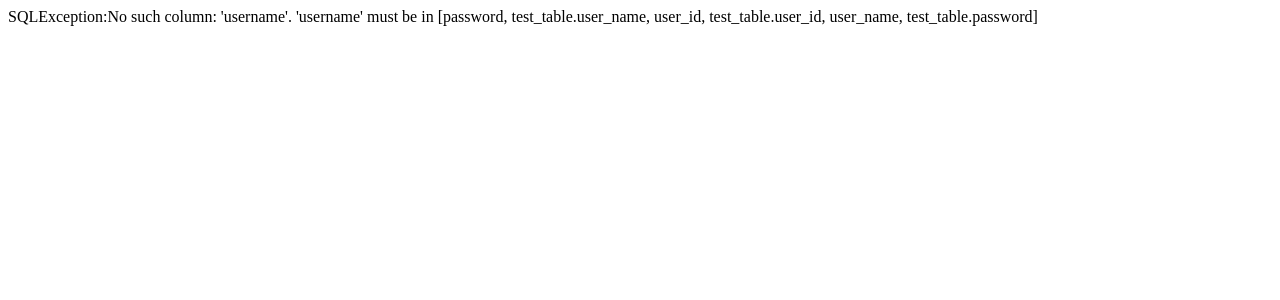
Repository: sasakisou/test
Page: http://localhost/HelloServlet/MySQLServlet
The author's editor kept a copy of each file at every save. The page is drawn from the files as they stood at one save, then again after the next save.
The browser window is 1280 px wide. The pictures show the whole page.
The page is served by Tomcat 9. The database holds what the project's SQL file puts in it.

Above is the page before, as saved 2018-11-29 04:58:26.

After the next save:
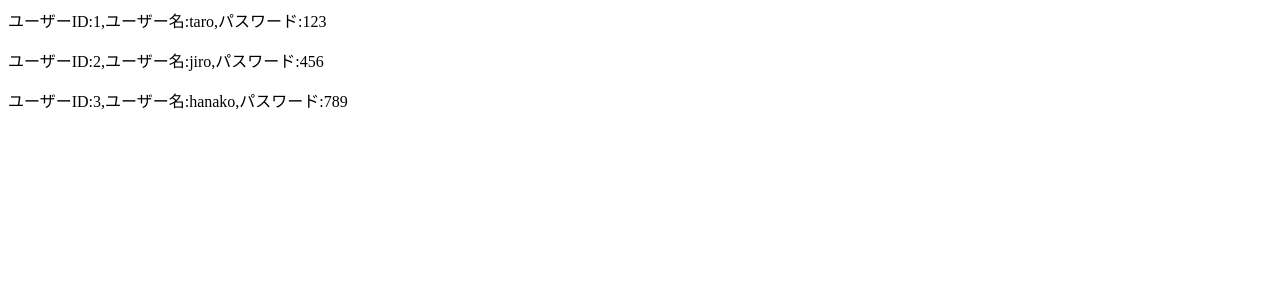
Saved 2 min 21 s later.
--- a/HelloServlet/src/MySQLServlet.java
+++ b/HelloServlet/src/MySQLServlet.java
@@ -46,7 +46,7 @@ public class MySQLServlet extends HttpServlet {
 
 			while(rs.next()){
 				int userId=rs.getInt("user_id");
-				String userName=rs.getString("username");
+				String userName=rs.getString("user_name");
 				String userPassword=rs.getString("password");
 				out.println("<p>");
 				out.println("ユーザーID:"+userId+",ユーザー名:"+userName+",パスワード:"+userPassword);
